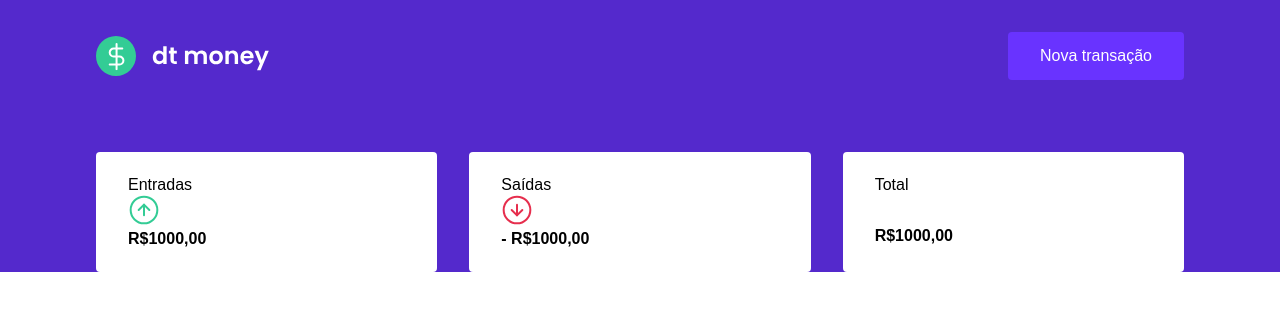
Repository: joaovnogueira/dtmoney
Page: /
The author's editor kept a copy of each file at every save. The page is drawn from the files as they stood at one save, then again after the next save.
The browser window is 1280 px wide. The pictures show the whole page.
The project was rebuilt for these pictures with package versions that can differ from the ones it lists, and the page was loaded fresh each time.

Above is the page before, as saved 2022-06-21 14:34:55.

After the next save:
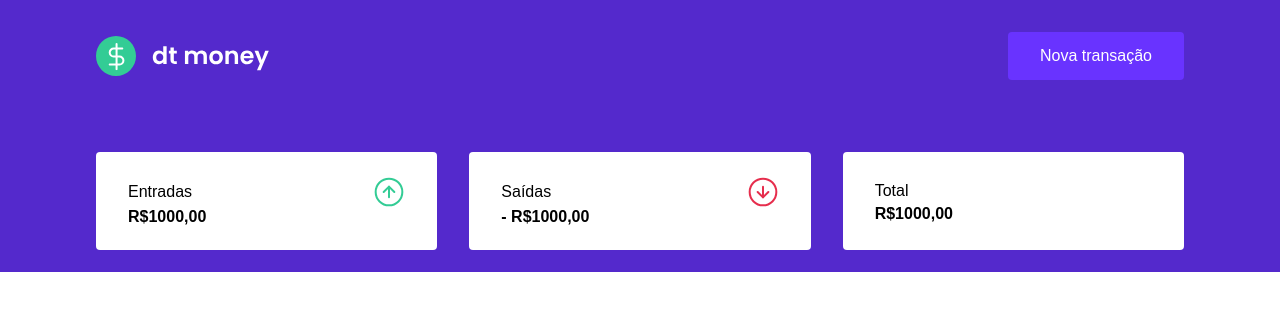
Saved 22 s later.
--- a/src/components/summary/styles.ts
+++ b/src/components/summary/styles.ts
@@ -12,11 +12,11 @@
         border-radius: 0.25rem;
         color: var(--text-tile);
 
-        /*header{
+        header{
             display: flex;
             align-items: center;
             justify-content: space-between;
-        }*/
+        }
 
     }
 `;

After the save that followed:
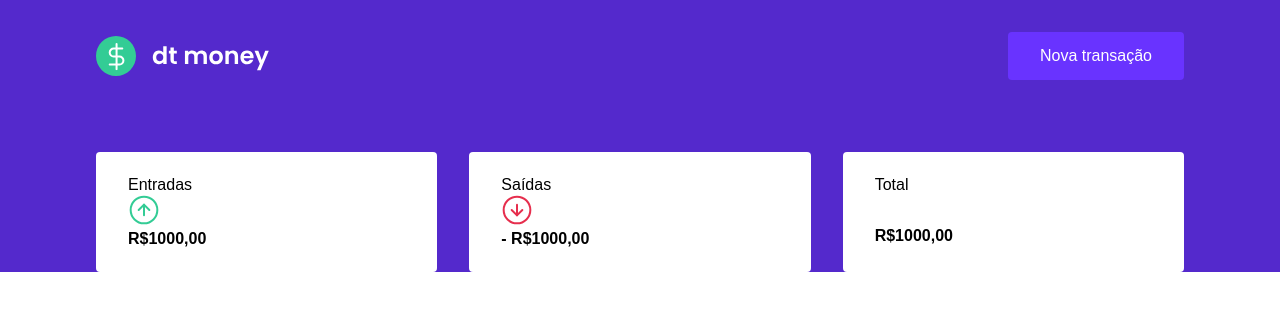
Saved 38 s later.
--- a/src/components/summary/styles.ts
+++ b/src/components/summary/styles.ts
@@ -13,7 +13,7 @@
         color: var(--text-tile);
 
         header{
-            display: flex;
+            //display: flex;
             align-items: center;
             justify-content: space-between;
         }
